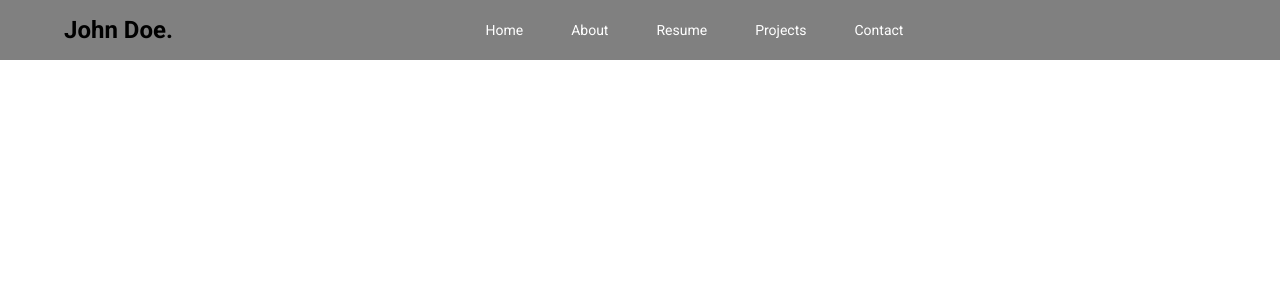
Repository: DevAntonioRogers/portfolio-tutorial
Page: index.html
These files come from the project's save history. The page is drawn as it stood at one moment and after the next save; the edit follows.
The browser window is 1280 px wide. The pictures show the whole page.

Above is the page before, as saved 2023-10-31 22:47:56.

### index.html
<!DOCTYPE html>
<html lang="en">
  <head>
    <meta charset="UTF-8" />
    <meta
      name="viewport"
      content="width=device-width, initial-scale=1.0"
    />
    <script src="https://unpkg.com/typed.js@2.0.16/dist/typed.umd.js"></script>
    <script
      type="module"
      src="https://unpkg.com/ionicons@7.1.0/dist/ionicons/ionicons.esm.js"
    ></script>
    <script
      nomodule
      src="https://unpkg.com/ionicons@7.1.0/dist/ionicons/ionicons.js"
    ></script>
    <link rel="stylesheet" href="./styles/main.css" />
    <title>John Doe Portfolio</title>
  </head>
  <body>
    <!-------- NAVBAR --------->
    <header>
      <nav role="navigation" aria-label="Navigation">
        <div class="container navbar">
          <h1>John Doe.</h1>

          <ul class="nav-menu">
            <li><a href="#home">Home</a></li>
            <li><a href="#about">About</a></li>
            <li><a href="#resume">Resume</a></li>
            <li><a href="#projects">Projects</a></li>
            <li><a href="#contact">Contact</a></li>
          </ul>

          <button
            aria-label="Toggle Mobile Menu"
            class="hamburger"
          >
            <span class="bar"></span>
            <span class="bar"></span>
            <span class="bar"></span>
          </button>
        </div>
      </nav>
    </header>
  </body>
</html>

### styles/main.css
@import url("https://fonts.googleapis.com/css2?family=Roboto:wght@100;400;500;700&display=swap");
@import url(./navbar.css);

* {
  box-sizing: border-box;
  padding: 0;
  margin: 0;
  font-family: "Roboto", sans-serif;
}

html {
  scroll-behavior: smooth;
}

li {
  list-style: none;
}

a {
  text-decoration: none;
  color: inherit;
}

button {
  outline: none;
  border: none;
  background: inherit;
}

.container {
  width: 90%;
  margin: 0 auto;
  max-width: 1400px;
  height: 100%;
}

article {
  padding: 20px 0;
  display: flex;
  flex-direction: column;
  gap: 10px;
  border: solid 1px #dad9d9;
}

### styles/navbar.css
nav {
  background-color: grey;
  position: fixed;
  width: 100%;
  z-index: 999;
  top: 0;
  left: 0;
  padding: 1rem 0;
}

.navbar {
  display: flex;
  justify-content: space-between;
  align-items: center;
}

.nav-menu {
  display: flex;
  gap: 3rem;
  align-items: center;
}

.nav-menu li {
  font-size: 14px;
  color: white;
}

After the next save:
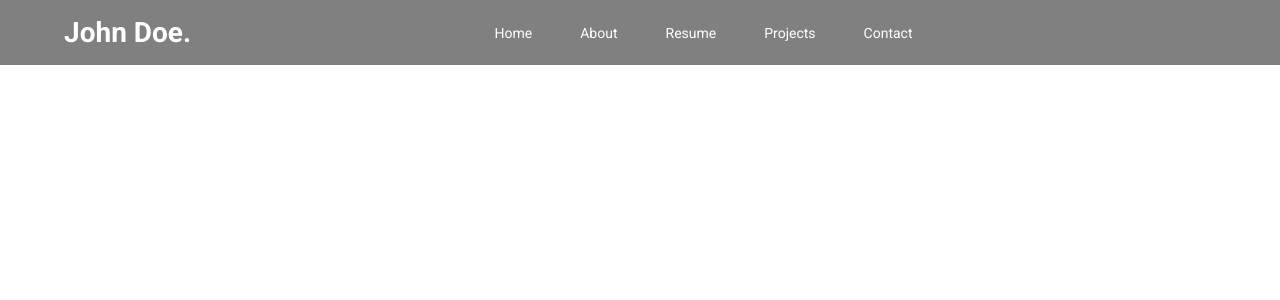
Saved 22 s later.
--- a/styles/navbar.css
+++ b/styles/navbar.css
@@ -14,6 +14,11 @@
   align-items: center;
 }
 
+.navbar h1 {
+  color: white;
+  font-size: 28px;
+}
+
 .nav-menu {
   display: flex;
   gap: 3rem;
